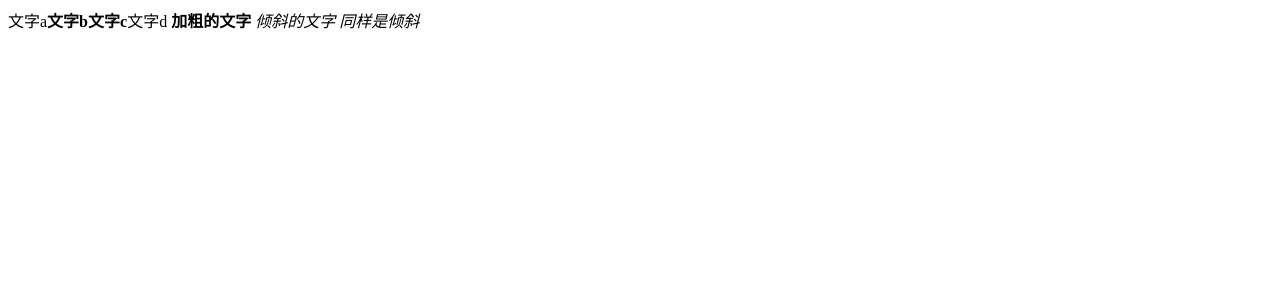
Repository: lqcoffical/basic-frontCode
Page: demohtml/文本标签.html
An editor plug-in stored every save of this project. The page is shown before and after the next save, followed by the edit.
The browser window is 1280 px wide. The pictures show the whole page.

Above is the page before, as saved 2019-10-15 14:36:12.

### demohtml/文本标签.html
<!DOCTYPE html>
<html lang="en">
<head>
    <meta charset="UTF-8">
    <meta name="viewport" content="width=device-width, initial-scale=1.0">
    <meta http-equiv="X-UA-Compatible" content="ie=edge">
    <title>文本标签的学习</title>
</head>
<body>
    <!-- <b></b>标签是加粗，只是简单地加粗 -->
    文字a<b>文字b文字c</b>文字d
    <!-- <strong></strong>标签也是加粗效果，有表示语义强调的意思 -->
    <strong>加粗的文字</strong>
    <!-- <i></i>标签表示倾斜的字体 <em></em>标签同样表示倾斜-->
    <i>倾斜的文字</i>
    <em>同样是倾斜</em>
</body>
</html>

After the next save:
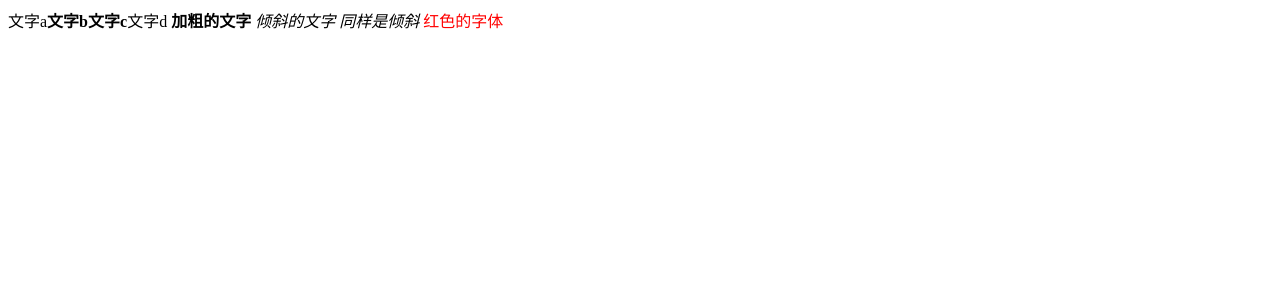
Saved 11 min 7 s later.
--- a/demohtml/文本标签.html
+++ b/demohtml/文本标签.html
@@ -7,12 +7,16 @@
     <title>文本标签的学习</title>
 </head>
 <body>
-    <!-- <b></b>标签是加粗，只是简单地加粗 -->
+    <!-- 加粗：<b></b>标签是加粗，只是简单地加粗 -->
     文字a<b>文字b文字c</b>文字d
-    <!-- <strong></strong>标签也是加粗效果，有表示语义强调的意思 -->
+    <!-- 加粗：<strong></strong>标签也是加粗效果，有表示语义强调的意思 -->
     <strong>加粗的文字</strong>
-    <!-- <i></i>标签表示倾斜的字体 <em></em>标签同样表示倾斜-->
+    <!-- 倾斜：<i></i>标签表示倾斜的字体 <em></em>标签同样表示倾斜，em带有一些语气词表示标注的意思 -->
     <i>倾斜的文字</i>
     <em>同样是倾斜</em>
+    <!-- 删除线：<s></s>和<del></del>标签表示删除线 -->
+    <!-- 下划线：<u></u>和<ins></ins>标签表示下划线 -->
+    <!-- 设置字体：<font></font>标签可以通过其属性对字体进行设置 -->
+    <font color = "red">红色的字体</font>
 </body>
 </html>
